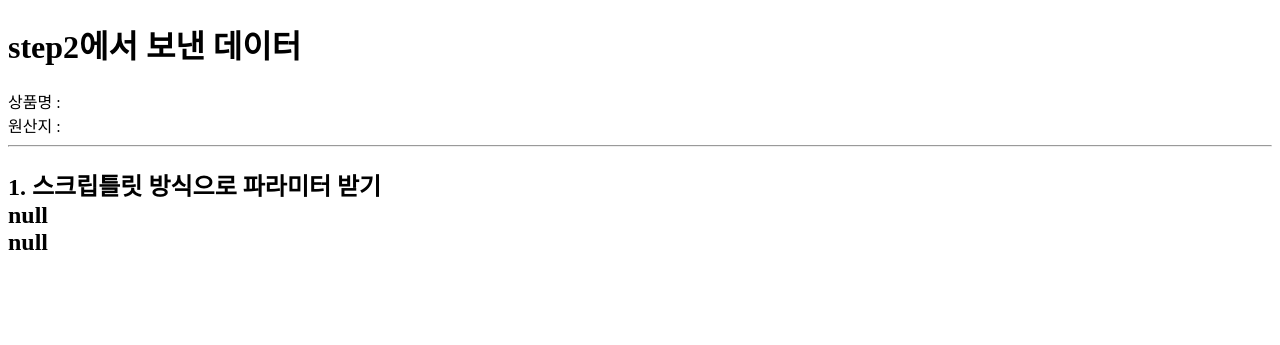
Repository: HaeunOh/study
Page: http://localhost/jstl_study/step-3.jsp
These files come from the project's save history. The page is drawn as it stood at one moment and after the next save; the edit follows.
The browser window is 1280 px wide. The pictures show the whole page.
The page is served by Tomcat 9. Other server files are loaded and not shown.

Above is the page before, as saved 2024-04-11 03:09:58.

### _jstl_workspace/jstl_study/src/main/webapp/step-3.jsp
<%@ page language="java" contentType="text/html; charset=UTF-8"
    pageEncoding="UTF-8"%>
<!DOCTYPE html>
<html>
<head>
<meta charset="UTF-8">
<title>step3</title>
</head>
<body>
	<h1>step2에서 보낸 데이터</h1>
	상품명 : ${param.name } <br>
	원산지 : ${param.addr } <br>
	<hr>
	<h2>
		1. 스크립틀릿 방식으로 파라미터 받기 <br>

		<%= request.getParameter("name") %> <br>
		<%= request.getParameter("addr") %> <br>
	</h2>
</body>
</html>

After the next save:
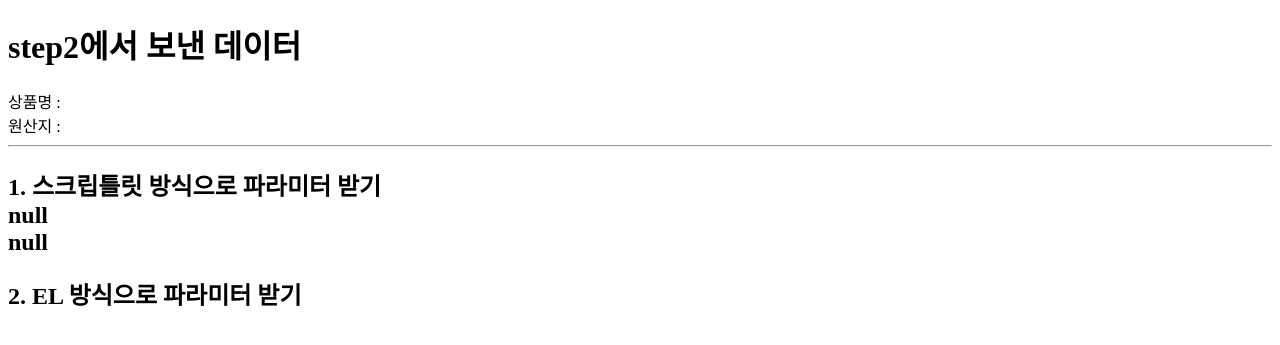
Saved 75 s later.
--- a/_jstl_workspace/jstl_study/src/main/webapp/step-3.jsp
+++ b/_jstl_workspace/jstl_study/src/main/webapp/step-3.jsp
@@ -17,5 +17,11 @@
 		<%= request.getParameter("name") %> <br>
 		<%= request.getParameter("addr") %> <br>
 	</h2>
+
+	<h2>
+		2. EL 방식으로 파라미터 받기 <br>
+		${param.name } <br>
+		${param.addr } <br>
+	</h2>
 </body>
 </html>
